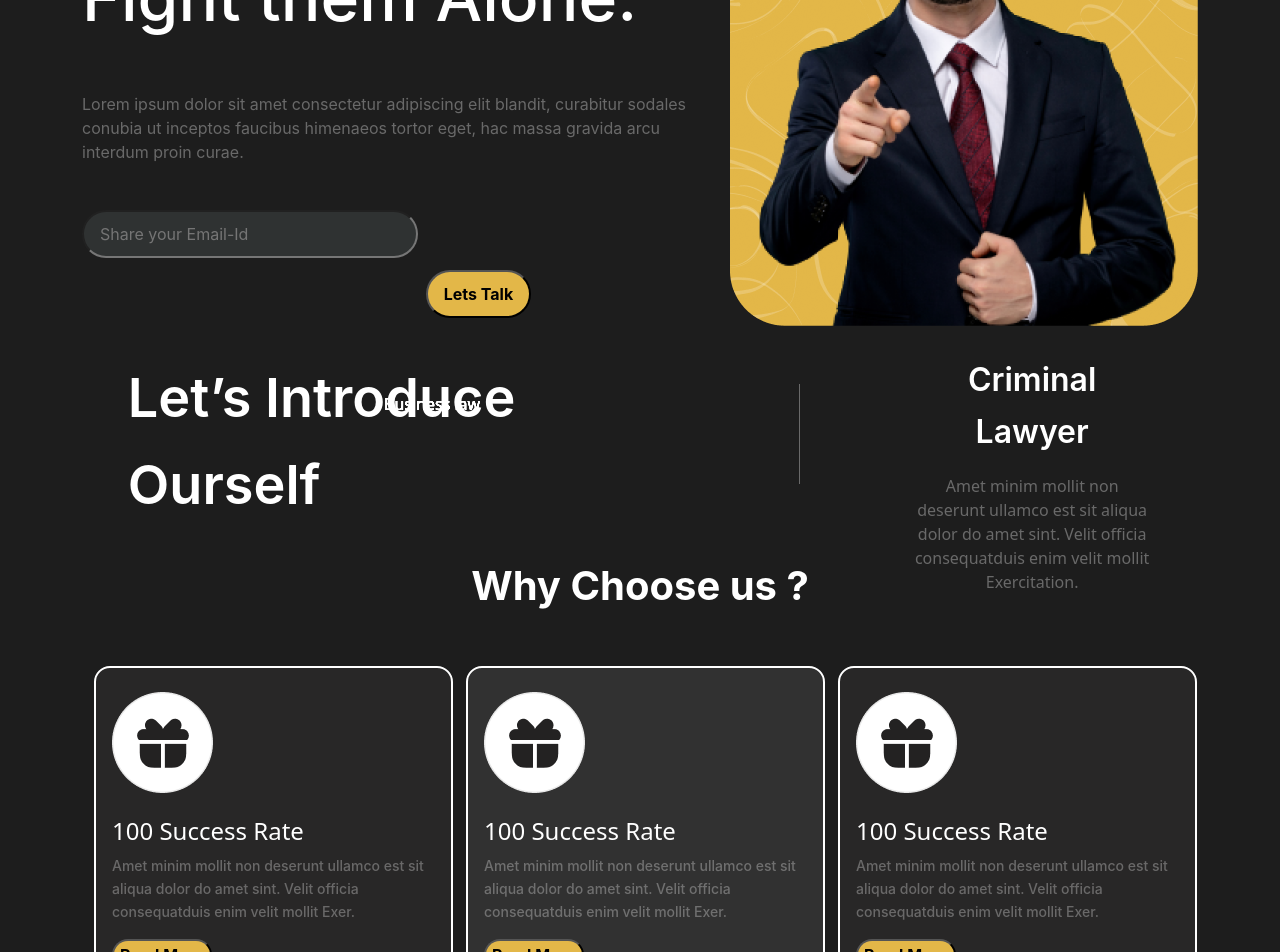
Repository: Senthil-Bala/LawFirm
Page: /
An editor plug-in stored every save of this project. The page is shown before and after a run of saves, followed by the edit.
The browser window is 1280 px wide. The pictures show the part of the page from y = 288 to 1240 px (the page is 3939 px tall).
The project was rebuilt for these pictures with package versions that can differ from the ones it lists, and the page was loaded fresh each time. Also part of the build but not shown: src/App.css, src/Components/Frequents/Accordionss.css, src/Components/Frequents/Accordionss.jsx.

Above is the page before, as saved 2023-11-29 18:45:17.

After the next 2 saves:
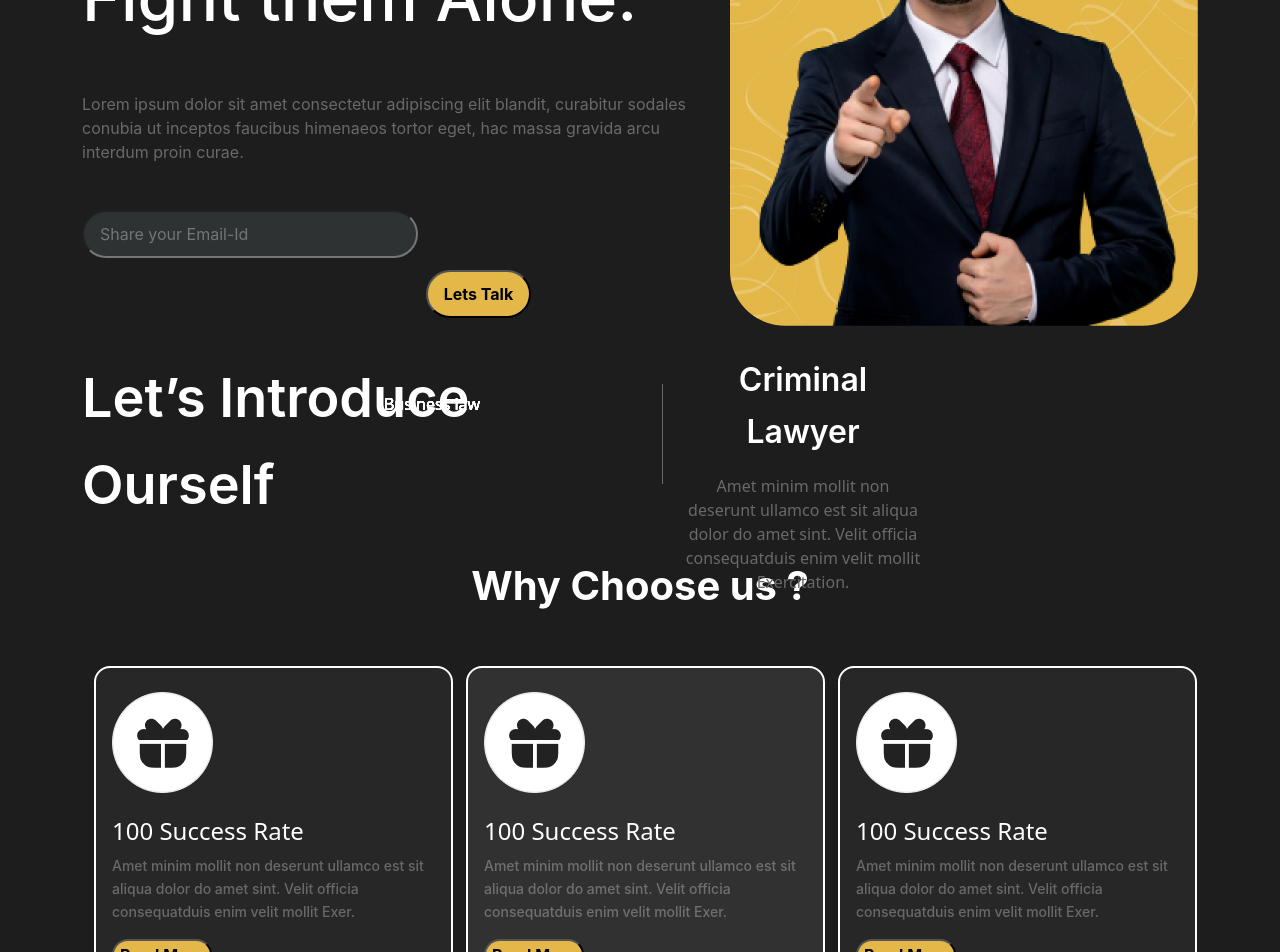
The 2 saves are shown as one change because they came seconds apart.
The last was saved 8 s later.
--- a/src/Components/Mainss/Main.css
+++ b/src/Components/Mainss/Main.css
@@ -1,6 +1,6 @@
 .main {
     display: flex;
-    justify-content: space-around;
+    justify-content: space-eve;
     text-align: center;
     margin-top: 6rem;
 }
@@ -11,9 +11,6 @@
     font-weight: 600;
     line-height: 87px;
     text-align: left;
-
-
-
 
 }
 /* Styling for the main container */
